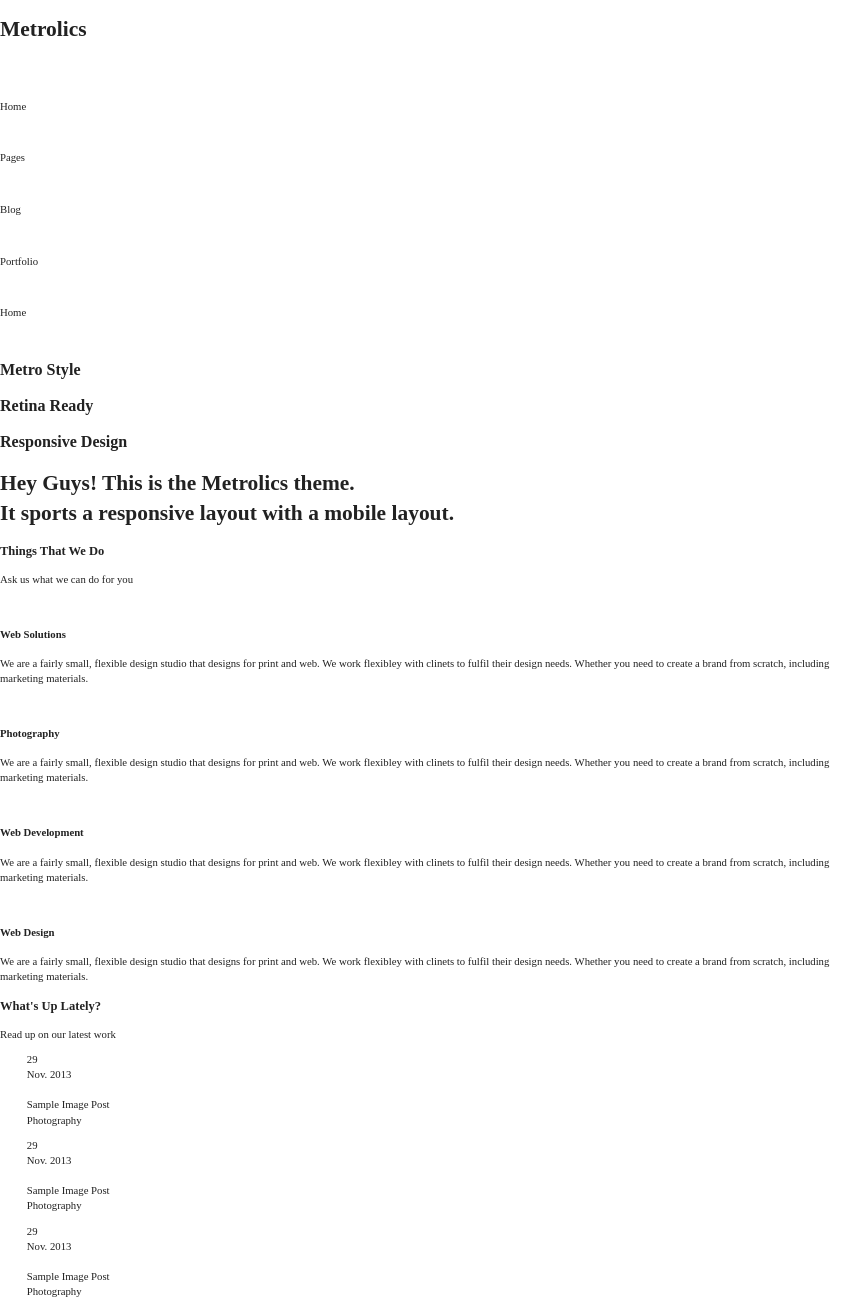
Repository: claudiashin/metrolics
Page: index.html
The author's editor kept a copy of each file at every save. The page is drawn from the files as they stood at one save, then again after a run of saves.
The browser window is 1280 px wide. The pictures show the whole page, at 67% of full size.

Above is the page before, as saved 2021-01-27 15:55:46.

### index.html
<!doctype html>
<html class="no-js" lang="EN">

<head>
  <meta charset="utf-8">
  <title>MDIA 2003 Lab 3</title>
  <meta name="description" content="">
  <meta name="viewport" content="width=device-width, initial-scale=1">

  <link rel="manifest" href="site.webmanifest">
  <link rel="apple-touch-icon" href="icon.png">
  <!-- Place favicon.ico in the root directory -->

  <link rel="stylesheet" href="css/normalize.css">
  <link rel="stylesheet" href="css/main.css">
</head>

<body>
  <header class="page_header">
    <div class="logo">
      <div><h1>Metrolics</h1></div>
      <div class="logoimg"><img src=""></div>
    </div>
  </header>

  <nav class="page_nav">
    <div class="nav_container">
      <div class="nav_icon">
        <div><img src=""></div>
        <p>Home</p>
      </div>
      <div class="nav_icon">
        <div><img src=""></div>
        <p>Pages</p>
      </div><div class="nav_icon">
        <div><img src=""></div>
        <p>Blog</p>
      </div><div class="nav_icon">
        <div><img src=""></div>
        <p>Portfolio</p>
      </div><div class="nav_icon">
        <div><img src=""></div>
        <p>Home</p>
      </div>
    </div>
  </nav>

  <section class="main_container">
    <div class="heroimg">
      <img src="">
    </div>
    <div class="">
      <h2>Metro Style</h2>
      <h2>Retina Ready</h2>
      <h2>Responsive Design</h2>
    </div>
  </section>

  <section class="main_container">
    <div>
      <h1>Hey Guys! This is the <span class="textcol">Metrolics</span> theme.<br>It sports a responsive layout with a mobile layout.</h1>
    </div>
  </section>

  <section class="main_container">
    <div class="container">
      <h3>Things That We Do</h3>
      <p>Ask us what we can do for you</p>
    </div>
    <div class="container">
      <div class="container_feature">
        <div class="feature_img">
          <img src="">
        </div>
        <div><h4>Web Solutions</h4></div>
        <div><p>We are a fairly small, flexible design studio that designs for print
          and web. We work flexibley with clinets to fulfil their design needs. Whether
          you need to create a brand from scratch, including marketing materials.
        </p></div>
      </div>
    </div>
    <div class="container">
      <div class="container_feature">
        <div class="feature_img">
          <img src="">
        </div>
        <div><h4>Photography</h4></div>
        <div><p>We are a fairly small, flexible design studio that designs for print
          and web. We work flexibley with clinets to fulfil their design needs. Whether
          you need to create a brand from scratch, including marketing materials.
        </p></div>
      </div>
    </div><div class="container">
      <div class="container_feature">
        <div class="feature_img">
          <img src="">
        </div>
        <div><h4>Web Development</h4></div>
        <div><p>We are a fairly small, flexible design studio that designs for print
          and web. We work flexibley with clinets to fulfil their design needs. Whether
          you need to create a brand from scratch, including marketing materials.
        </p></div>
      </div>
    </div><div class="container">
      <div class="container_feature">
        <div class="feature_img">
          <img src="">
        </div>
        <div><h4>Web Design</h4></div>
        <div><p>We are a fairly small, flexible design studio that designs for print
          and web. We work flexibley with clinets to fulfil their design needs. Whether
          you need to create a brand from scratch, including marketing materials.
        </p></div>
      </div>
    </div>
  </section>

  <section class="main_container">
    <div class="container">
      <h3>What's Up Lately?</h3>
      <p>Read up on our latest work</p>
    </div>
    <div class="container">
      <figure>
        <figcaption>29 <br> Nov. 2013</figcaption>
        <img src="" value="">
        <figcaption>Sample Image Post <br> Photography</figcaption>
      </figure>
    </div>
    <div class="container">
      <figure>
        <figcaption>29 <br> Nov. 2013</figcaption>
        <img src="" value="">
        <figcaption>Sample Image Post <br> Photography</figcaption>
      </figure>
    </div>
    <div class="container">
      <figure>
        <figcaption>29 <br> Nov. 2013</figcaption>
        <img src="" value="">
        <figcaption>Sample Image Post <br> Photography</figcaption>
      </figure>
    </div>
  </section>

  <section class="main_container">

  </section>

  <article class="main_container">

  </article>

  <footer>

  </footer>
</body>

</html>

### css/main.css
/*! HTML5 Boilerplate v8.0.0 | MIT License | https://html5boilerplate.com/ */

/* main.css 2.1.0 | MIT License | https://github.com/h5bp/main.css#readme */
/*
 * What follows is the result of much research on cross-browser styling.
 * Credit left inline and big thanks to Nicolas Gallagher, Jonathan Neal,
 * Kroc Camen, and the H5BP dev community and team.
 */

/* ==========================================================================
   Base styles: opinionated defaults
   ========================================================================== */

html {
  color: #222;
  font-size: 1em;
  line-height: 1.4;
}

/*
 * Remove text-shadow in selection highlight:
 * https://twitter.com/miketaylr/status/12228805301
 *
 * Vendor-prefixed and regular ::selection selectors cannot be combined:
 * https://stackoverflow.com/a/16982510/7133471
 *
 * Customize the background color to match your design.
 */

::-moz-selection {
  background: #b3d4fc;
  text-shadow: none;
}

::selection {
  background: #b3d4fc;
  text-shadow: none;
}

/*
 * A better looking default horizontal rule
 */

hr {
  display: block;
  height: 1px;
  border: 0;
  border-top: 1px solid #ccc;
  margin: 1em 0;
  padding: 0;
}

/*
 * Remove the gap between audio, canvas, iframes,
 * images, videos and the bottom of their containers:
 * https://github.com/h5bp/html5-boilerplate/issues/440
 */

audio,
canvas,
iframe,
img,
svg,
video {
  vertical-align: middle;
}

/*
 * Remove default fieldset styles.
 */

fieldset {
  border: 0;
  margin: 0;
  padding: 0;
}

/*
 * Allow only vertical resizing of textareas.
 */

textarea {
  resize: vertical;
}

/* ==========================================================================
   Author's custom styles
   ========================================================================== */

/* ==========================================================================
   Helper classes
   ========================================================================== */

/*
 * Hide visually and from screen readers
 */

.hidden,
[hidden] {
  display: none !important;
}

/*
 * Hide only visually, but have it available for screen readers:
 * https://snook.ca/archives/html_and_css/hiding-content-for-accessibility
 *
 * 1. For long content, line feeds are not interpreted as spaces and small width
 *    causes content to wrap 1 word per line:
 *    https://medium.com/@jessebeach/beware-smushed-off-screen-accessible-text-5952a4c2cbfe
 */

.sr-only {
  border: 0;
  clip: rect(0, 0, 0, 0);
  height: 1px;
  margin: -1px;
  overflow: hidden;
  padding: 0;
  position: absolute;
  white-space: nowrap;
  width: 1px;
  /* 1 */
}

/*
 * Extends the .sr-only class to allow the element
 * to be focusable when navigated to via the keyboard:
 * https://www.drupal.org/node/897638
 */

.sr-only.focusable:active,
.sr-only.focusable:focus {
  clip: auto;
  height: auto;
  margin: 0;
  overflow: visible;
  position: static;
  white-space: inherit;
  width: auto;
}

/*
 * Hide visually and from screen readers, but maintain layout
 */

.invisible {
  visibility: hidden;
}

/*
 * Clearfix: contain floats
 *
 * For modern browsers
 * 1. The space content is one way to avoid an Opera bug when the
 *    `contenteditable` attribute is included anywhere else in the document.
 *    Otherwise it causes space to appear at the top and bottom of elements
 *    that receive the `clearfix` class.
 * 2. The use of `table` rather than `block` is only necessary if using
 *    `:before` to contain the top-margins of child elements.
 */

.clearfix::before,
.clearfix::after {
  content: " ";
  display: table;
}

.clearfix::after {
  clear: both;
}

/* ==========================================================================
   EXAMPLE Media Queries for Responsive Design.
   These examples override the primary ('mobile first') styles.
   Modify as content requires.
   ========================================================================== */

@media only screen and (min-width: 35em) {
  /* Style adjustments for viewports that meet the condition */
}

@media print,
  (-webkit-min-device-pixel-ratio: 1.25),
  (min-resolution: 1.25dppx),
  (min-resolution: 120dpi) {
  /* Style adjustments for high resolution devices */
}

/* ==========================================================================
   Print styles.
   Inlined to avoid the additional HTTP request:
   https://www.phpied.com/delay-loading-your-print-css/
   ========================================================================== */

@media print {
  *,
  *::before,
  *::after {
    background: #fff !important;
    color: #000 !important;
    /* Black prints faster */
    box-shadow: none !important;
    text-shadow: none !important;
  }

  a,
  a:visited {
    text-decoration: underline;
  }

  a[href]::after {
    content: " (" attr(href) ")";
  }

  abbr[title]::after {
    content: " (" attr(title) ")";
  }

  /*
   * Don't show links that are fragment identifiers,
   * or use the `javascript:` pseudo protocol
   */
  a[href^="#"]::after,
  a[href^="javascript:"]::after {
    content: "";
  }

  pre {
    white-space: pre-wrap !important;
  }

  pre,
  blockquote {
    border: 1px solid #999;
    page-break-inside: avoid;
  }

  /*
   * Printing Tables:
   * https://web.archive.org/web/20180815150934/http://css-discuss.incutio.com/wiki/Printing_Tables
   */
  thead {
    display: table-header-group;
  }

  tr,
  img {
    page-break-inside: avoid;
  }

  p,
  h2,
  h3 {
    orphans: 3;
    widows: 3;
  }

  h2,
  h3 {
    page-break-after: avoid;
  }
}

Loaded but not shown: css/normalize.css (library)

After the next 2 saves:
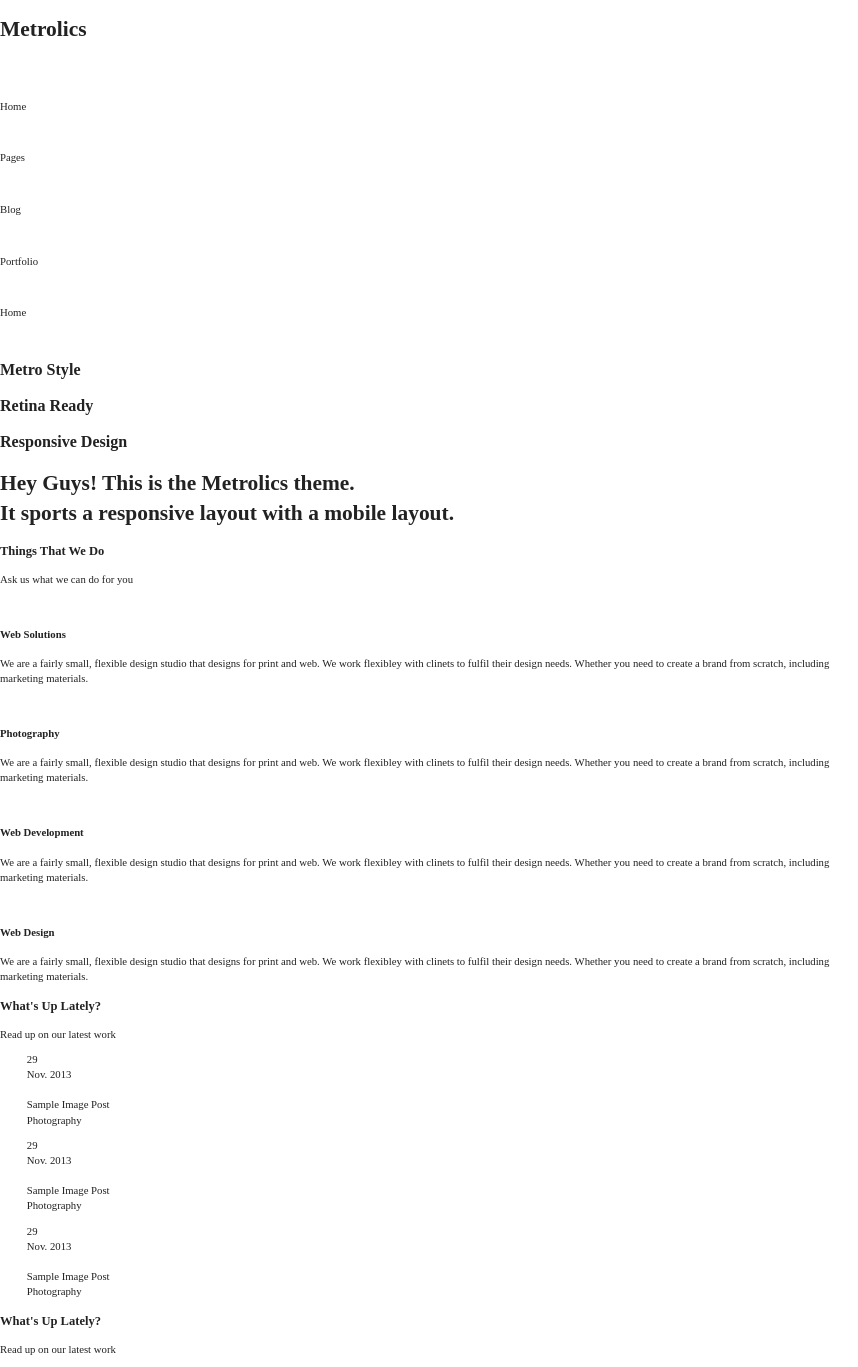
The 2 saves are shown as one change because they came seconds apart.
The last was saved 14 s later.
--- a/index.html
+++ b/index.html
@@ -144,6 +144,10 @@
   </section>
 
   <section class="main_container">
+    <div class="container">
+      <h3>What's Up Lately?</h3>
+      <p>Read up on our latest work</p>
+    </div>
 
   </section>
 
